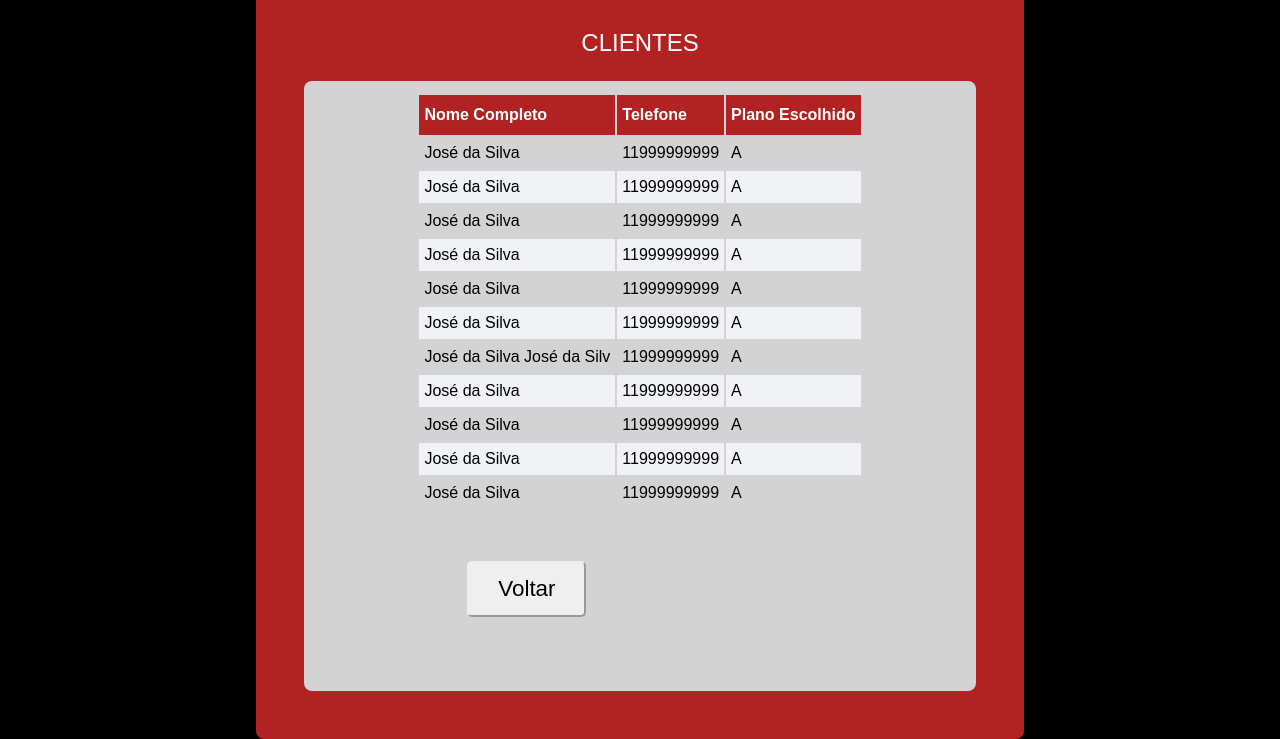
Repository: samantaProspero/projeto_integrador
Page: Versão Atual/PI_Vanila/clientes.html
An editor plug-in stored every save of this project. The page is shown before and after a run of saves, followed by the edit.
The browser window is 1280 px wide. The pictures show the whole page.

Above is the page before, as saved 2021-11-06 14:54:58.

After the next 2 saves:
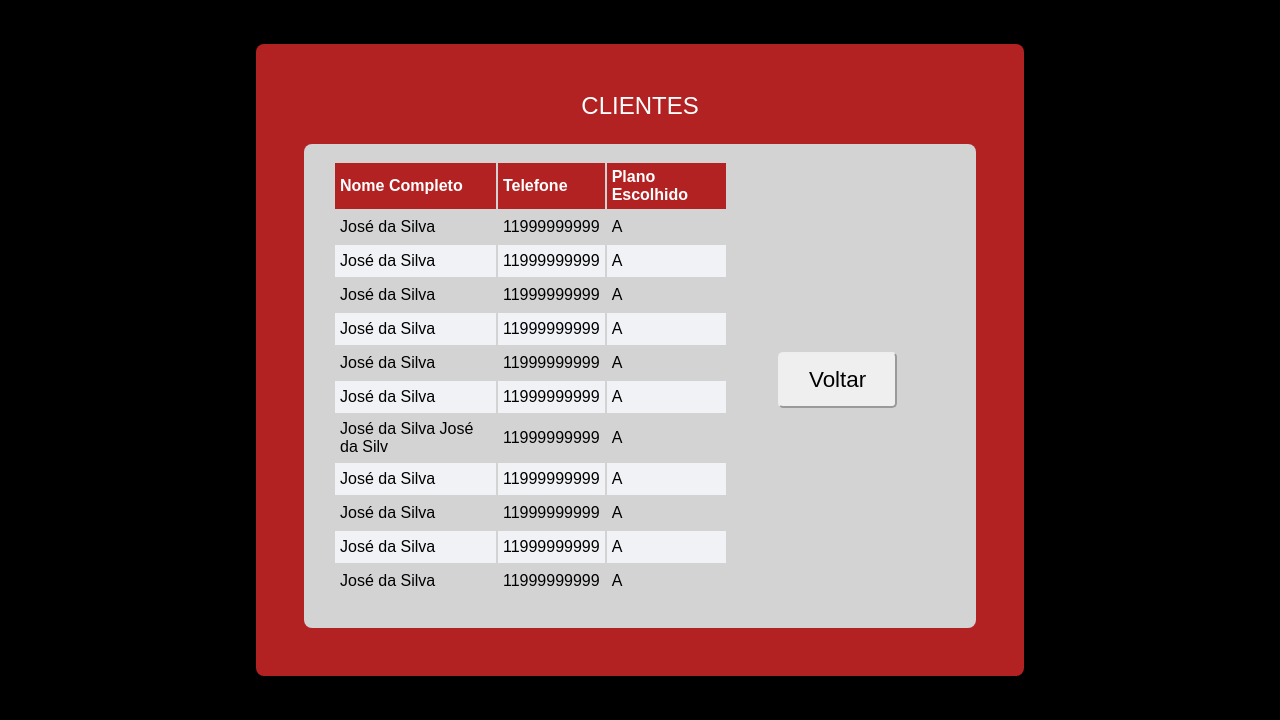
The 2 saves are shown as one change because they came seconds apart.
The last was saved 6 s later.
--- a/Versão Atual/PI_Vanila/_css/clientes.css
+++ b/Versão Atual/PI_Vanila/_css/clientes.css
@@ -40,10 +40,10 @@
 
 .area-clientes {
   overflow-x:auto;
-    /* display: flex;
+  display: flex;
   align-items: center;
   justify-content: space-between;
-  padding: 5px; */
+  padding: 5px;
 
 }
 .area-clientes table {
